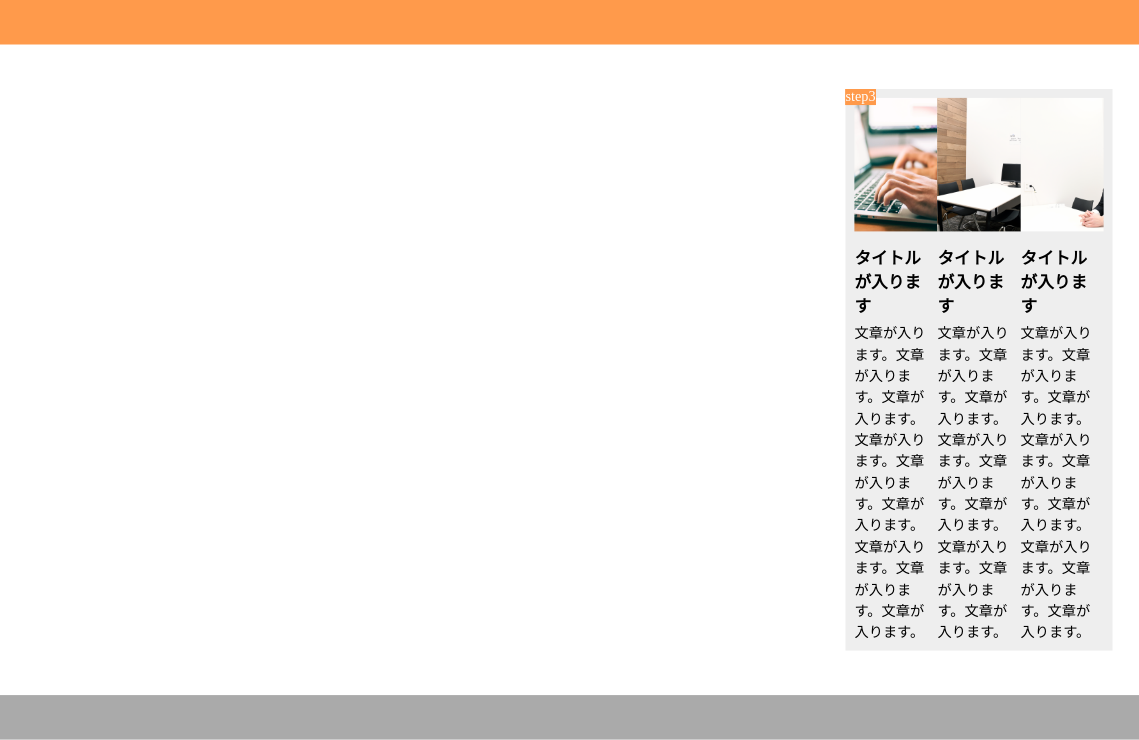
Repository: Kaori199701/-1
Page: 課題1/chapter9-index.html
The author's editor kept a record of every edit. The page is drawn from the files as they stood at one moment, then again after the next edit.
The browser window is 1280 px wide. The pictures show the whole page, at 89% of full size.

Above is the page before.

### 課題1/chapter9-index.html
<!DOCTYPE html>
<html lang="ja">
  <head>
    <meta charset="UTF-8" />
    <meta name="viewport" content="width=device-width,initial-scale=1.0">
    <!-- CSSファイルの読み込み -->
    <link rel="stylesheet" href="chapter9-style.css" />
    <title>chapter9</title>
  </head>

  <body>
     <!-- header -->
    <header>
    </header>

     <!-- main用のdiv -->
     <main class="contents-box">
       <!-- 内容 -->
          <!-- 1コ目の記事-->
         <div class="contents">
           <div class="step-img1"></div>
           <span class="step-number">step1</span>
           <h3 class="contents-text-heading">タイトルが入ります</h3>
           <p>文章が入ります。文章が入ります。文章が入ります。
           文章が入ります。文章が入ります。文章が入ります。
           文章が入ります。文章が入ります。文章が入ります。</p>


         </div>
         <!-- 2コ目の記事-->
         <div class="contents">
           <div class="step-img2"></div>
           <span class="step-number">step2</span>
           <h3 class="contents-text-heading">タイトルが入ります</h3>
           <p>文章が入ります。文章が入ります。文章が入ります。
           文章が入ります。文章が入ります。文章が入ります。
           文章が入ります。文章が入ります。文章が入ります。</p>
         </div>

        <!-- 3コ目の記事-->
         <div class="contents">
           <div class="step-img3"></div>
           <span class="step-number">step3</span>
           <h3 class="contents-text-heading">タイトルが入ります</h3>
           <p>文章が入ります。文章が入ります。文章が入ります。
           文章が入ります。文章が入ります。文章が入ります。
           文章が入ります。文章が入ります。文章が入ります。</p>
         </div>

     </main>

     <!-- footer -->
     <footer>
     </footer>
   </body>
</html>

### 課題1/chapter9-style.css
/* ブラウザがそれぞれ持っているCSSをリセットするための記述 */
* {
  margin: 0;
  padding: 0;
  box-sizing: border-box;
}

header {
  height: 50px;
  background-color: #FF9A4B
}

main {
  width: 960px; /* 横幅960px */
  display: flex; /* Flexboxの利用 */
  margin: 50px auto; /* 要素の中央揃え */
}

.contents-box {
  width: 300px;
  margin-right: 30px;
  padding: 10px;
  position: relative;
  background-color: #EEEEEE;
}

.contents-box last-child{
  margin-right: 0;
}


.step-img1 {
  height: 150px;
  background-image: url(img/flow01.png);
  background-position: bottom;
  background-size: cover;
}

.step-img2 {
  height: 150px;
  background-image: url(img/flow02.png);
  background-position: bottom;
  background-size: cover;
}

.step-img3 {
  height: 150px;
  background-image: url(img/flow03.png);
  background-position: bottom;
  background-size: cover;
}


.contents-text-heading {
  padding-top: 15px;
  padding-bottom: 5px;
}

.step-number {
  position: absolute;
  top: 0;
  left: 0;
  background-color: #FF9A4B;
  color: #fff;
}

.contents-text {
  padding: 15px 0 5px;
}

footer {
  width: 100%; /* 横幅100% */
  height: 50px; /* 高さ50px */
  background-color: #AAAAAA;
}






@media screen and (max-width: 768px) {
  header {
    width: 100%;
  }


main {
    width: 100%;
    display: block;
  }

.contents-box {
  width: 90%;
  margin-bottom: 20px;
  padding: 10px;
  position: relative;
  background-color: #EEEEEE;
}

}

After the next edit:
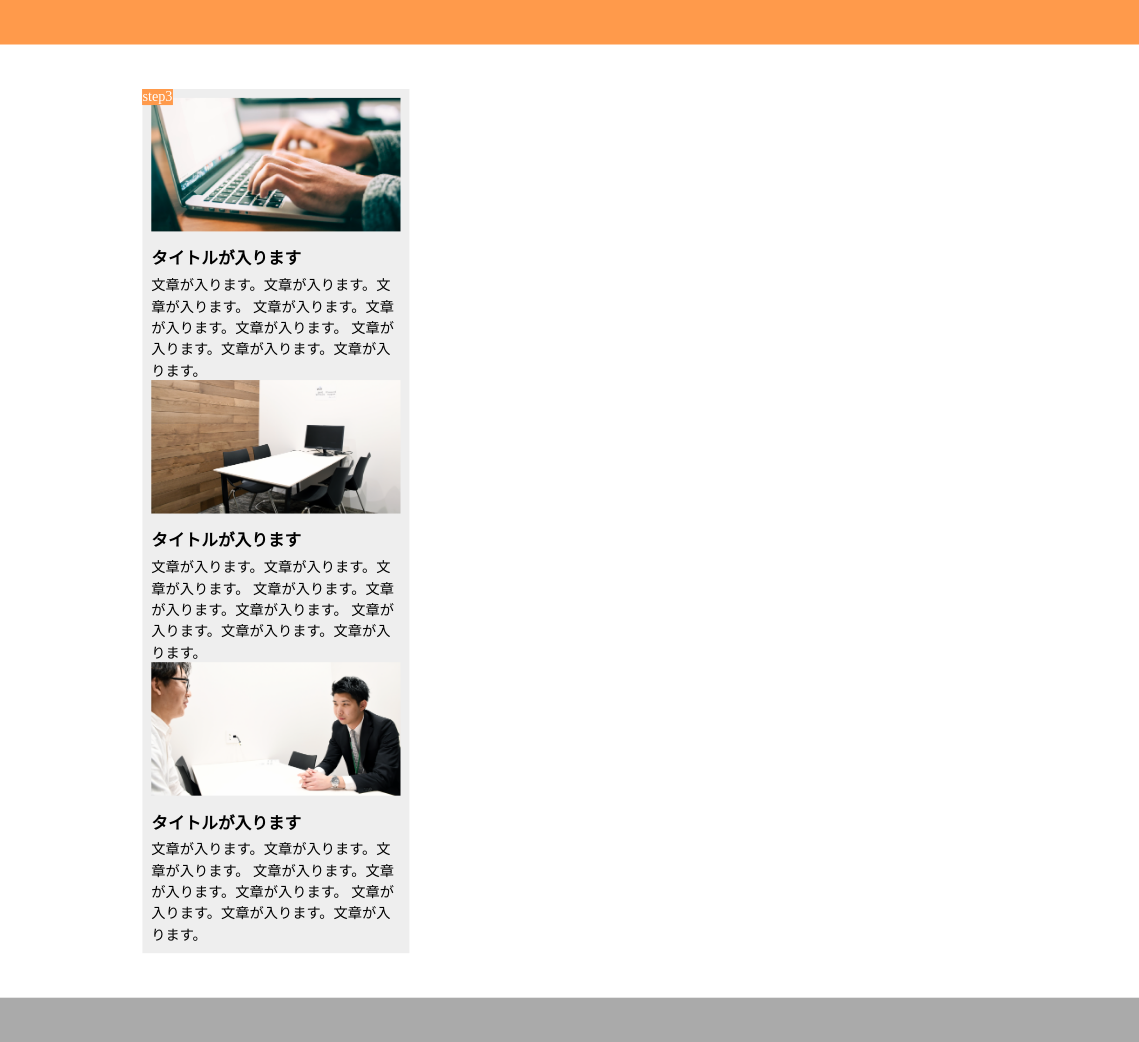
The edit:
--- a/課題1/chapter9-index.html
+++ b/課題1/chapter9-index.html
@@ -14,8 +14,9 @@
     </header>
 
      <!-- main用のdiv -->
-     <main class="contents-box">
+     <main>
        <!-- 内容 -->
+       <div class="contents-box">
           <!-- 1コ目の記事-->
          <div class="contents">
            <div class="step-img1"></div>
